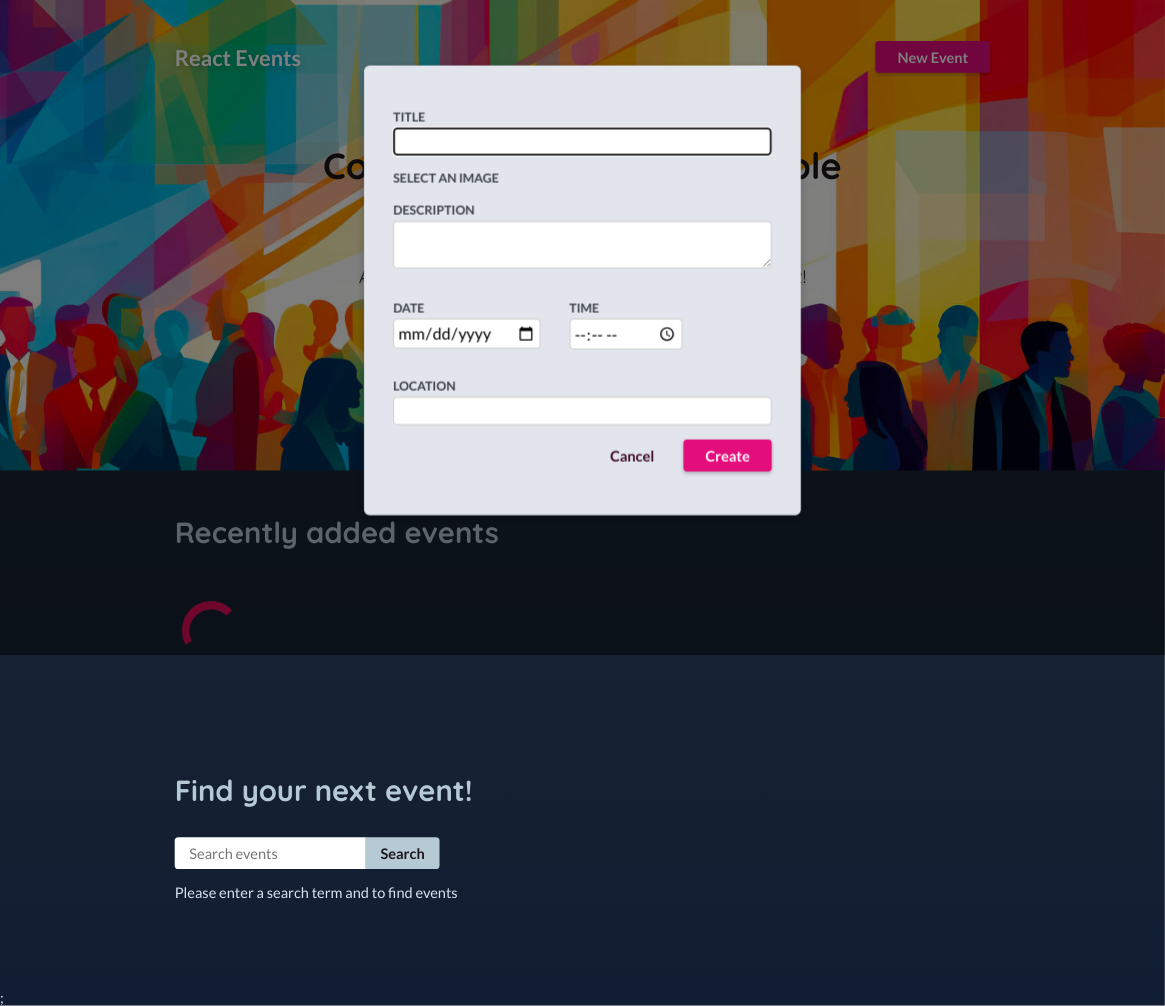
Repository: zhengbinxue/React-Query-Project
Page: /events/new
An editor plug-in stored every save of this project. The page is shown before and after the next save, followed by the edit.
The browser window is 1280 px wide. The pictures show the whole page, at 91% of full size.
The page's requests for data from a server got no answer. The project was rebuilt for these pictures with package versions that can differ from the ones it lists, and the page was loaded fresh each time. No one was signed in, and anything a server would have sent is missing. Also part of the build but not shown: vite.config.js, src/components/UI/ErrorBlock.jsx, src/components/Events/EventItem.jsx, src/components/Events/EventDetails.jsx, src/components/Events/EditEvent.jsx.

Above is the page before, as saved 2024-08-09 20:50:05.

### src/App.jsx
import {
  Navigate,
  RouterProvider,
  createBrowserRouter,
} from "react-router-dom";
import { QueryClientProvider, QueryClient } from "@tanstack/react-query";
import Events from "./components/Events/Events.jsx";
import EventDetails from "./components/Events/EventDetails.jsx";
import NewEvent from "./components/Events/NewEvent.jsx";
import EditEvent from "./components/Events/EditEvent.jsx";

const router = createBrowserRouter([
  {
    path: "/",
    element: <Navigate to="/events" />,
  },
  {
    path: "/events",
    element: <Events />,

    children: [
      {
        path: "/events/new",
        element: <NewEvent />,
      },
    ],
  },
  {
    path: "/events/:id",
    element: <EventDetails />,
    children: [
      {
        path: "/events/:id/edit",
        element: <EditEvent />,
      },
    ],
  },
]);

const client = new QueryClient();

function App() {
  return (
    <QueryClientProvider client={client}>
      <RouterProvider router={router} />;
    </QueryClientProvider>
  );
}

export default App;

### src/components/Events/Events.jsx
import { Link, Outlet } from "react-router-dom";

import Header from "../Header.jsx";
import EventsIntroSection from "./EventsIntroSection.jsx";
import FindEventSection from "./FindEventSection.jsx";
import NewEventsSection from "./NewEventsSection.jsx";

export default function Events() {
  return (
    <>
      <Header>
        <Link to="/events/new" className="button">
          New Event
        </Link>
      </Header>
      <main>
        <EventsIntroSection />
        <NewEventsSection />
        <FindEventSection />
      </main>
      <Outlet />
    </>
  );
}

### src/components/Events/NewEvent.jsx
import { Link, useNavigate } from "react-router-dom";
import { useMutation, useQueryClient } from "@tanstack/react-query";
import Modal from "../UI/Modal.jsx";
import EventForm from "./EventForm.jsx";

import { createNewEvent } from "../util/http.js";
import ErrorBlock from "../UI/ErrorBlock.jsx";
export default function NewEvent() {
  const navigate = useNavigate();
  const queryClient = useQueryClient();

  //use useMutation to change data at the backend
  const { mutate, isError, isPending, error } = useMutation({
    mutationFn: createNewEvent,
    onSuccess: () => {
      queryClient.invalidateQueries({ queryKey: ["events"] });
    },
  });

  function handleSubmit(formData) {
    mutate({ event: formData });
  }

  return (
    <Modal onClose={() => navigate("../")}>
      <EventForm onSubmit={handleSubmit}>
        {isPending && "Submitting..."}
        {!isPending && (
          <>
            <Link to="../" className="button-text">
              Cancel
            </Link>
            <button type="submit" className="button">
              Create
            </button>
          </>
        )}
      </EventForm>
      {isError && (
        <ErrorBlock
          title="Failed to create event"
          message={error.info?.message || "Error occurred. Try again later. "}
        />
      )}
    </Modal>
  );
}

### src/components/Events/FindEventSection.jsx
import { useRef, useState } from "react";
import { useQuery } from "@tanstack/react-query";
import { fetchEvents } from "../util/http";
import LoadingIndicator from "../UI/LoadingIndicator";
import ErrorBlock from "../UI/ErrorBlock";
import EventItem from "./EventItem";
export default function FindEventSection() {
  const searchElement = useRef();
  const [searchTerm, setSearchTerm] = useState();

  const { data, isError, isLoading, error } = useQuery({
    queryKey: ["events", { search: searchTerm }],
    queryFn: ({ signal }) => fetchEvents({ searchTerm, signal }),
    enabled: searchTerm !== undefined,
  });

  function handleSubmit(event) {
    event.preventDefault();
    setSearchTerm(searchElement.current.value);
  }

  let content = <p>Please enter a search term and to find events</p>;

  if (isLoading) {
    content = <LoadingIndicator />;
  }

  if (isError) {
    content = (
      <ErrorBlock
        title="An error occurred"
        message={error.info?.message || "Failed to fetch events"}
      />
    );
  }

  if (data) {
    content = (
      <ul className="events-list">
        {data.map((event) => (
          <li key={event.id}>
            <EventItem event={event} />
          </li>
        ))}
      </ul>
    );
  }

  return (
    <section className="content-section" id="all-events-section">
      <header>
        <h2>Find your next event!</h2>
        <form onSubmit={handleSubmit} id="search-form">
          <input
            type="search"
            placeholder="Search events"
            ref={searchElement}
          />
          <button>Search</button>
        </form>
      </header>
      {content}
    </section>
  );
}

### src/components/Events/NewEventsSection.jsx
import { useQuery } from "@tanstack/react-query";
import LoadingIndicator from "../UI/LoadingIndicator.jsx";
import ErrorBlock from "../UI/ErrorBlock.jsx";
import EventItem from "./EventItem.jsx";
import { fetchEvents } from "../util/http.js";

export default function NewEventsSection() {
  //use useQuery to get data from backend
  const { data, isPending, isError, error } = useQuery({
    queryKey: ["events"],
    queryFn: fetchEvents,
    //change of Key and Fn will cause useQuery to re-execute
  });

  let content;

  if (isPending) {
    content = <LoadingIndicator />;
  }

  if (isError) {
    content = (
      <ErrorBlock
        title="An error occurred"
        message={error.info?.message || "Failed to fetch events"}
      />
    );
  }

  if (data) {
    content = (
      <ul className="events-list">
        {data.map((event) => (
          <li key={event.id}>
            <EventItem event={event} />
          </li>
        ))}
      </ul>
    );
  }

  return (
    <section className="content-section" id="new-events-section">
      <header>
        <h2>Recently added events</h2>
      </header>
      {content}
    </section>
  );
}

### src/components/Events/EventForm.jsx
import { useState } from "react";
import { useQuery } from "@tanstack/react-query";
import ImagePicker from "../ImagePicker.jsx";
import { fetchSelectableImages } from "../util/http.js";

export default function EventForm({ inputData, onSubmit, children }) {
  const [selectedImage, setSelectedImage] = useState(inputData?.image);

  const { data, isError, isPending, error } = useQuery({
    queryKey: ["image"],
    queryFn: fetchSelectableImages,
  });

  function handleSelectImage(image) {
    setSelectedImage(image);
  }

  function handleSubmit(event) {
    event.preventDefault();

    const formData = new FormData(event.target);
    const data = Object.fromEntries(formData);

    onSubmit({ ...data, image: selectedImage });
  }

  return (
    <form id="event-form" onSubmit={handleSubmit}>
      <p className="control">
        <label htmlFor="title">Title</label>
        <input
          type="text"
          id="title"
          name="title"
          defaultValue={inputData?.title ?? ""}
        />
      </p>

      <div className="control">
        <ImagePicker
          images={[]}
          onSelect={handleSelectImage}
          selectedImage={selectedImage}
        />
      </div>

      <p className="control">
        <label htmlFor="description">Description</label>
        <textarea
          id="description"
          name="description"
          defaultValue={inputData?.description ?? ""}
        />
      </p>

      <div className="controls-row">
        <p className="control">
          <label htmlFor="date">Date</label>
          <input
            type="date"
            id="date"
            name="date"
            defaultValue={inputData?.date ?? ""}
          />
        </p>

        <p className="control">
          <label htmlFor="time">Time</label>
          <input
            type="time"
            id="time"
            name="time"
            defaultValue={inputData?.time ?? ""}
          />
        </p>
      </div>

      <p className="control">
        <label htmlFor="location">Location</label>
        <input
          type="text"
          id="location"
          name="location"
          defaultValue={inputData?.location ?? ""}
        />
      </p>

      <p className="form-actions">{children}</p>
    </form>
  );
}

### src/components/util/http.js
export async function fetchEvents({ searchTerm, signal }) {
  console.log(searchTerm);
  console.log(signal);

  let url = "http://localhost:3000/events";
  if (searchTerm) {
    url += "?search=" + searchTerm;
  }

  const response = await fetch(url, { signal: signal });

  if (!response.ok) {
    const error = new Error("An error occurred while fetching the events");
    error.code = response.status;
    error.info = await response.json();
    throw error;
  }

  const { events } = await response.json();

  return events;
}

export async function createNewEvent(eventData) {
  console.log(eventData);
  const response = await fetch("http://localhost:3000/events", {
    method: "POST",
    body: JSON.stringify(eventData),
    headers: {
      "Content-Type": "application/json",
    },
  });

  if (!response.ok) {
    const error = new Error("An error occurred while creating the event");
    error.code = response.status;
    error.info = await response.json();
    throw error;
  }

  const { event } = await response.json();
  return event;
}

export async function fetchSelectableImages({ signal }) {
  const response = await fetch("http://localhost:3000/events/iamges", {
    signal: signal,
  });

  if (!response.ok) {
    const error = new Error("An error occurred while fetching the images");
    error.code = response.status;
    error.info = await response.json();
    throw error;
  }

  const { images } = await response.json();
  return images;
}

Loaded but not shown: index.html (common file); src/main.jsx (common file); src/index.css (common file); src/components/Header.jsx (common file); src/components/Events/EventsIntroSection.jsx (common file); src/components/UI/Modal.jsx (common file); src/components/UI/LoadingIndicator.jsx (common file); src/components/ImagePicker.jsx (common file)

After the next save:
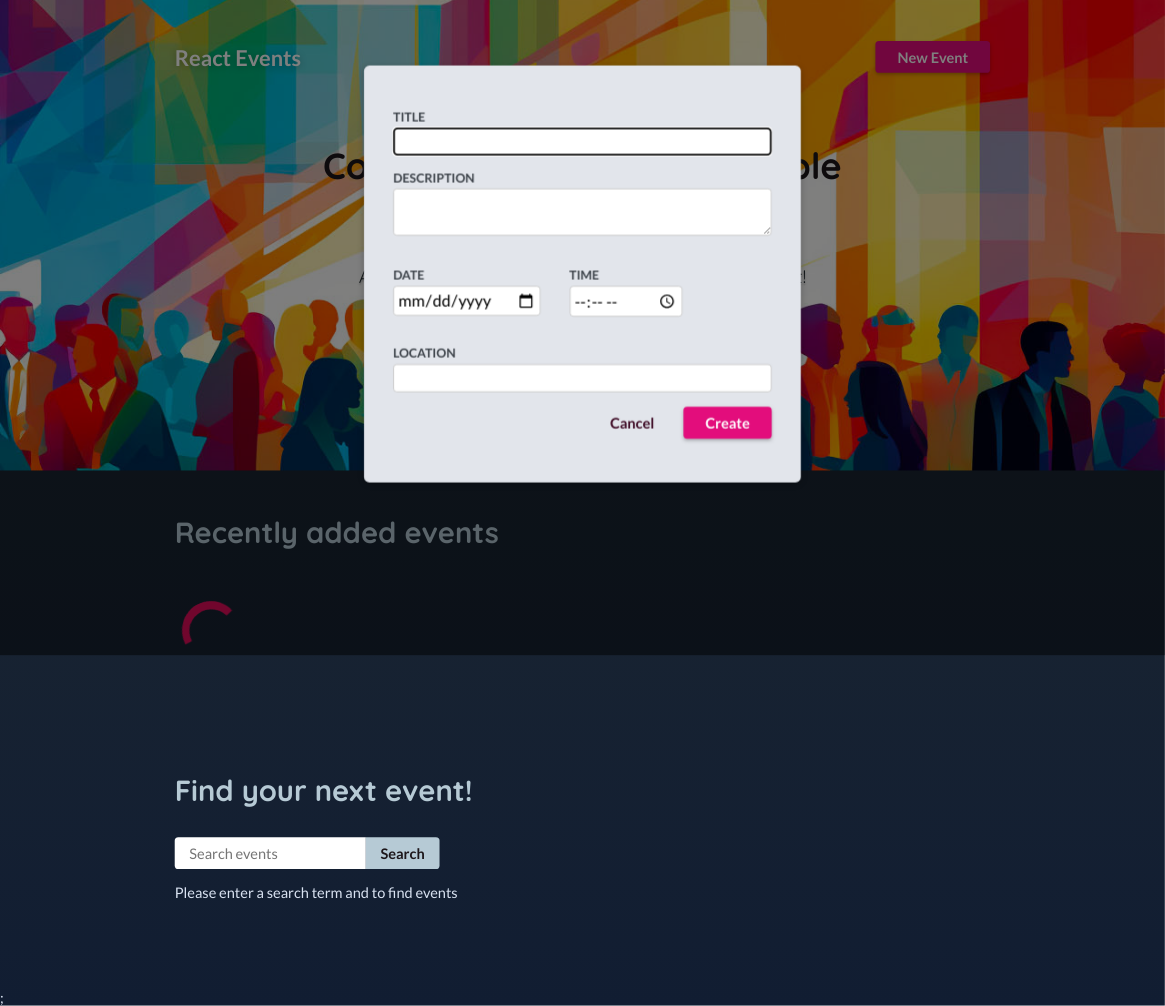
Saved 44 s later.
--- a/src/components/Events/EventForm.jsx
+++ b/src/components/Events/EventForm.jsx
@@ -37,11 +37,13 @@ export default function EventForm({ inputData, onSubmit, children }) {
       </p>
 
       <div className="control">
-        <ImagePicker
-          images={[]}
-          onSelect={handleSelectImage}
-          selectedImage={selectedImage}
-        />
+        {data && (
+          <ImagePicker
+            images={[]}
+            onSelect={handleSelectImage}
+            selectedImage={selectedImage}
+          />
+        )}
       </div>
 
       <p className="control">
